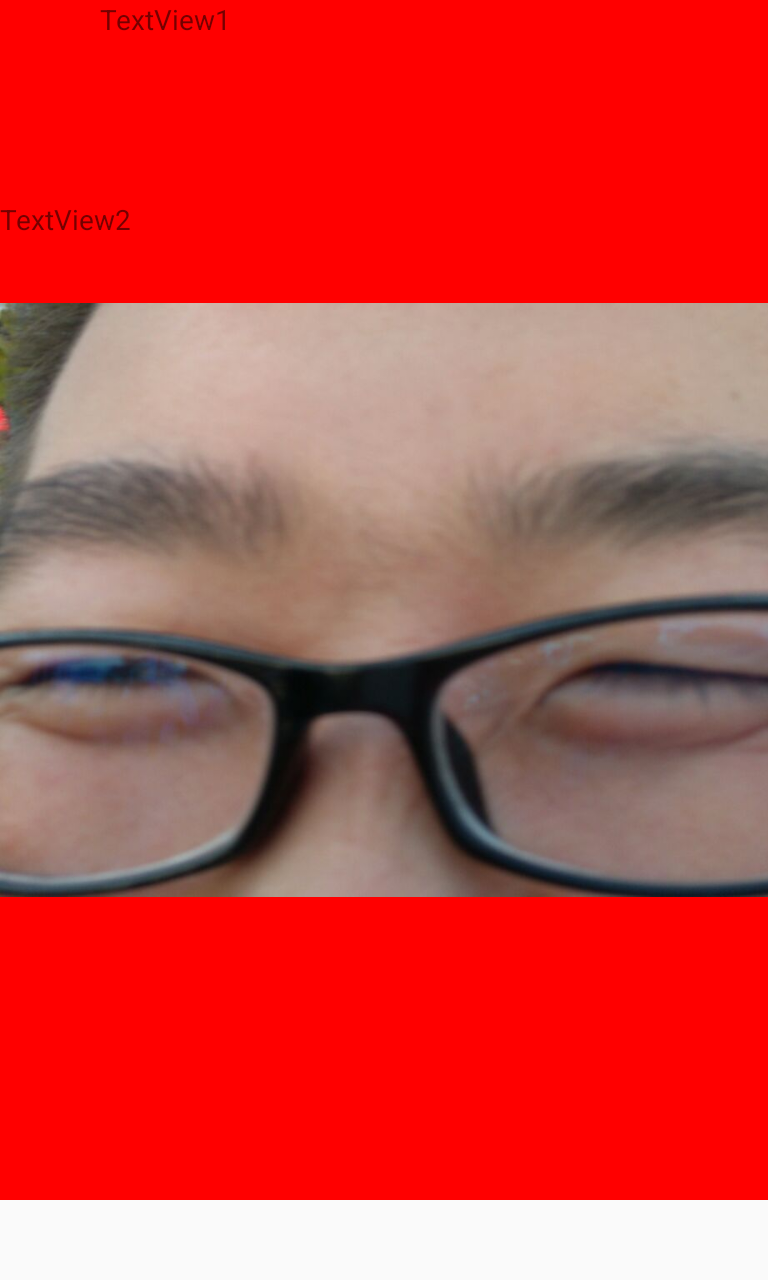
Repository: mjchow/qiuyi
Layout: demo1/res/layout/activity_main.xml
An editor plug-in stored every save of this project. The layout is shown before and after the next save, followed by the edit.
It is drawn on a 768 x 1280 px phone screen (xhdpi) without system bars, with theme AppTheme; the app's code is not run.

Above is the layout before, as saved 2014-12-25 15:29:01.

### demo1/res/layout/activity_main.xml
<FrameLayout xmlns:android="http://schemas.android.com/apk/res/android"
    xmlns:tools="http://schemas.android.com/tools"
    android:id="@+id/container"
    android:layout_width="match_parent"
    android:layout_height="match_parent"
    tools:context="com.example.demo1.MainActivity"
    tools:ignore="MergeRootFrame" >

    <ImageView
         android:id="@+id/imageview1"
         android:layout_width="400dp"
         android:layout_height="600dp"
         android:background="#F00"
         android:scaleType="fitcenter"
         android:src="@drawable/ydt1" />
    <TextView
        android:id="@+id/textView1"
        android:layout_width="wrap_content"
        android:layout_height="wrap_content"
        android:layout_marginLeft = "50dp"
        android:text="TextView1" />

    <TextView
        android:id="@+id/textView2"
        android:layout_marginTop="100dp"
        android:layout_width="wrap_content"
        android:layout_height="wrap_content"
        android:text="TextView2" />

</FrameLayout>

Loaded but not shown: demo1/res/values/styles.xml (common file); demo1/res/values-v11/styles.xml (common file); demo1/res/values-v14/styles.xml (common file)

After the next save:
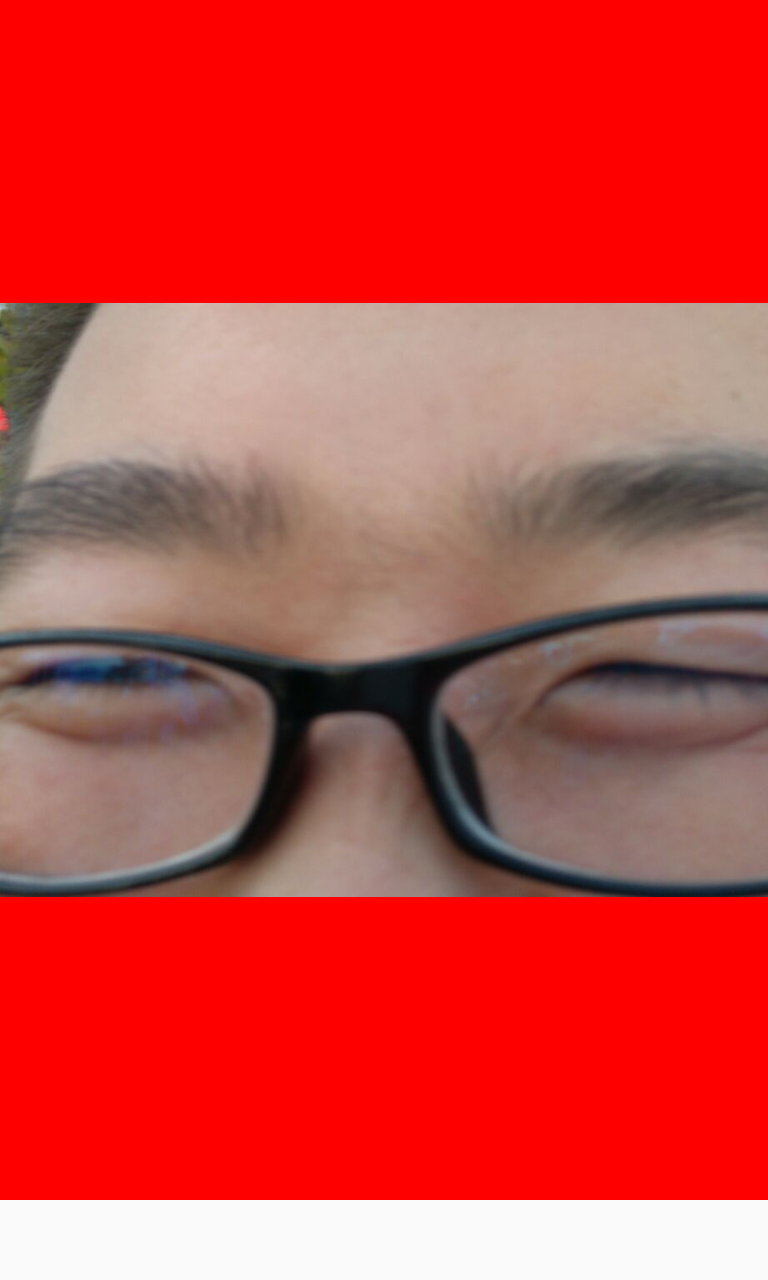
Saved 30 s later.
--- a/demo1/res/layout/activity_main.xml
+++ b/demo1/res/layout/activity_main.xml
@@ -13,7 +13,7 @@
          android:background="#F00"
          android:scaleType="fitcenter"
          android:src="@drawable/ydt1" />
-    <TextView
+    <!--  <TextView
         android:id="@+id/textView1"
         android:layout_width="wrap_content"
         android:layout_height="wrap_content"
@@ -25,6 +25,6 @@
         android:layout_marginTop="100dp"
         android:layout_width="wrap_content"
         android:layout_height="wrap_content"
-        android:text="TextView2" />
+        android:text="TextView2" /> -->
 
 </FrameLayout>

After the 2 saves that followed:
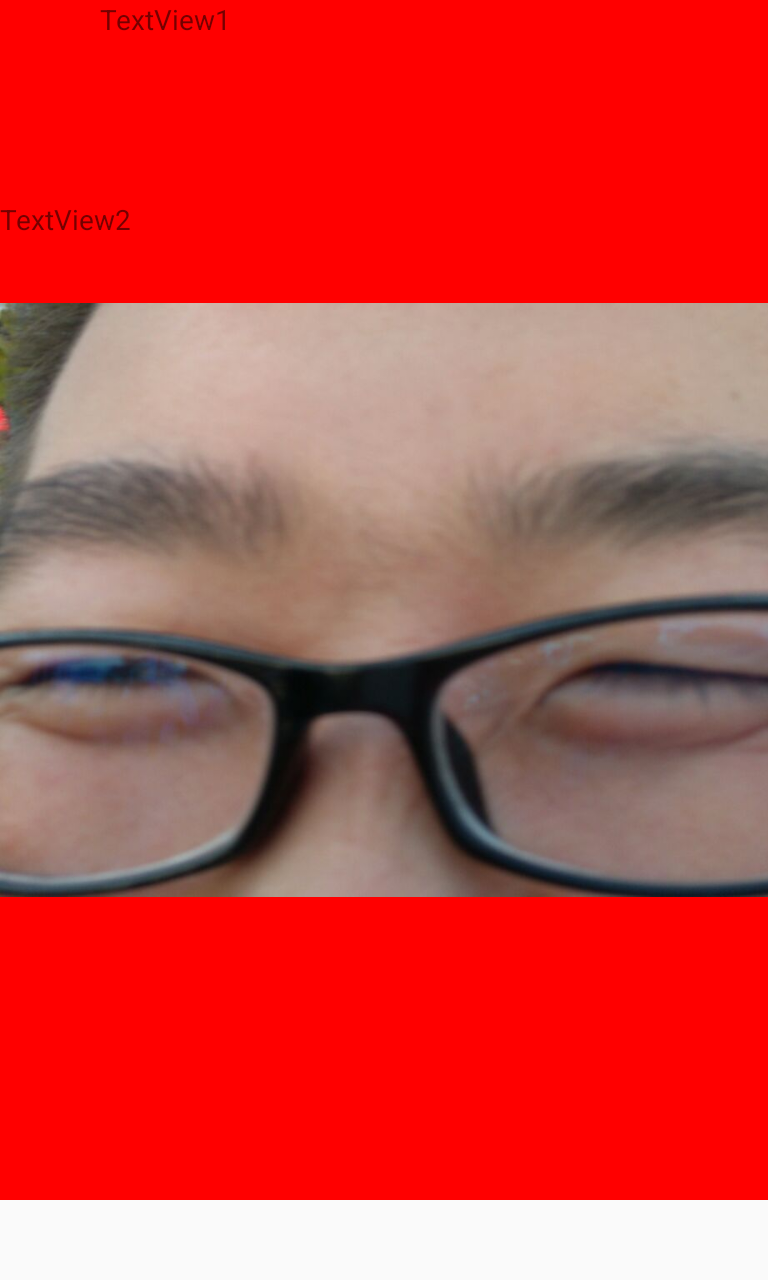
The 2 saves are shown as one change because 1 left the picture as it was.
The last was saved 26 s later.
--- a/demo1/res/layout/activity_main.xml
+++ b/demo1/res/layout/activity_main.xml
@@ -11,9 +11,9 @@
          android:layout_width="400dp"
          android:layout_height="600dp"
          android:background="#F00"
-         android:scaleType="fitcenter"
+         android:scaleType="fitCenter"
          android:src="@drawable/ydt1" />
-    <!--  <TextView
+      <TextView
         android:id="@+id/textView1"
         android:layout_width="wrap_content"
         android:layout_height="wrap_content"
@@ -25,6 +25,6 @@
         android:layout_marginTop="100dp"
         android:layout_width="wrap_content"
         android:layout_height="wrap_content"
-        android:text="TextView2" /> -->
+        android:text="TextView2" />
 
 </FrameLayout>
